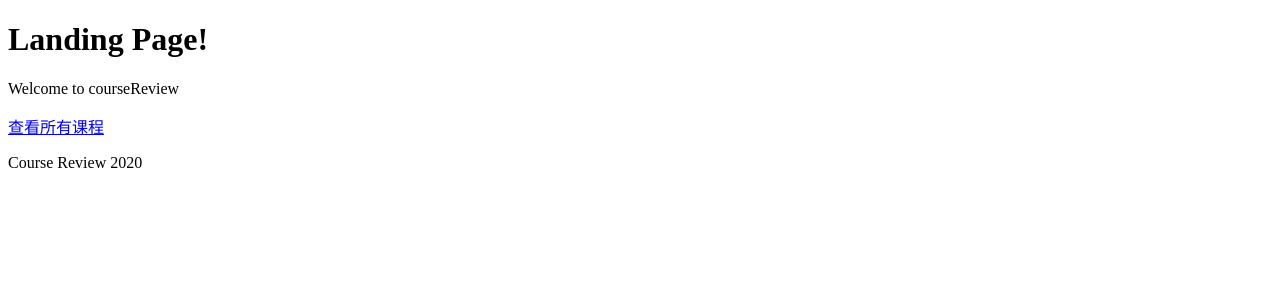
Repository: codewangg/CourseReview
Page: http://localhost/
These files come from the project's save history. The page is drawn as it stood at one moment and after the next save; the edit follows.
The browser window is 1280 px wide. The pictures show the whole page.
The page is served by the project's Node server (app.js).

Above is the page before, as saved 2020-08-15 15:55:59.

### views/landing.ejs
<%- include('partials/header')%>
<h1> Landing Page!</h1>
<p> Welcome to courseReview</p>

<a href="/courses">查看所有课程</a>

<%- include('partials/footer')%>

### views/partials/header.ejs
<!DOCTYPE html>
<html>
    <head>
        <title>CourseReview</title>
    </head>
    <body>

### views/partials/footer.ejs
    <p>Course Review 2020</p>
    </body>
</html>

### app.js
const express = require("express");
const app = express();

app.set('view engine', "ejs");

app.get("/", (req, res) => {
    res.render("landing");
});

app.get("/courses", (req, res)=>{
    var courses = [
        {name: "anlp", image:"https://www.sciencemag.org/sites/default/files/styles/article_main_large/public/dogs_1280p_0.jpg?itok=cnRk0HYq"},
        {name: "mlp", image:"https://encrypted-tbn0.gstatic.com/images?q=tbn%3AANd9GcT-NC1h3PdhKKSTUu0S-Y6QtGSz1PWCNL4MXA&usqp=CAU"},
        {name: "mlpr", image:"https://encrypted-tbn0.gstatic.com/images?q=tbn%3AANd9GcSGI0qdCZ_bsxabXEma4kZT2N8-lln603NiPA&usqp=CAU"}
    ]

    res.render("courses",{courses:courses});
});

//process.env.PORT process.env.IP
app.listen(3000, 'localhost', function(){
    console.log("server has started!");
    //console.log(process.env.PORT);
});

After the next save:
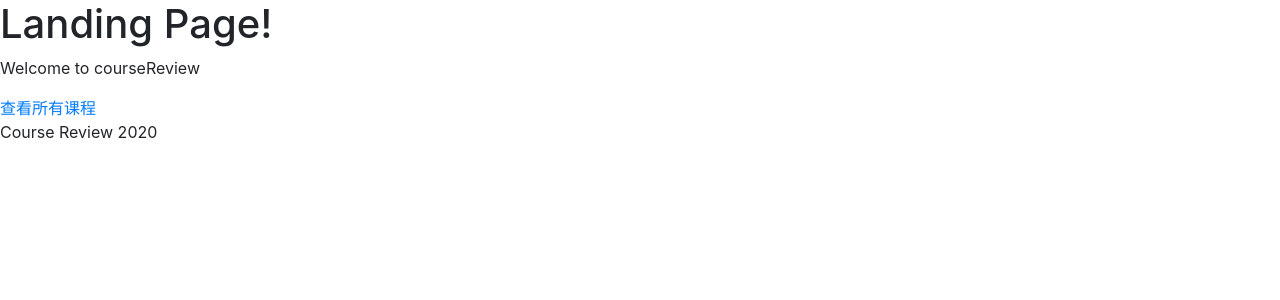
Saved 2 min 58 s later.
--- a/views/partials/header.ejs
+++ b/views/partials/header.ejs
@@ -2,5 +2,6 @@
 <html>
     <head>
         <title>CourseReview</title>
+        <link rel = "stylesheet" href="https://stackpath.bootstrapcdn.com/bootstrap/4.5.2/css/bootstrap.min.css">
     </head>
     <body>
